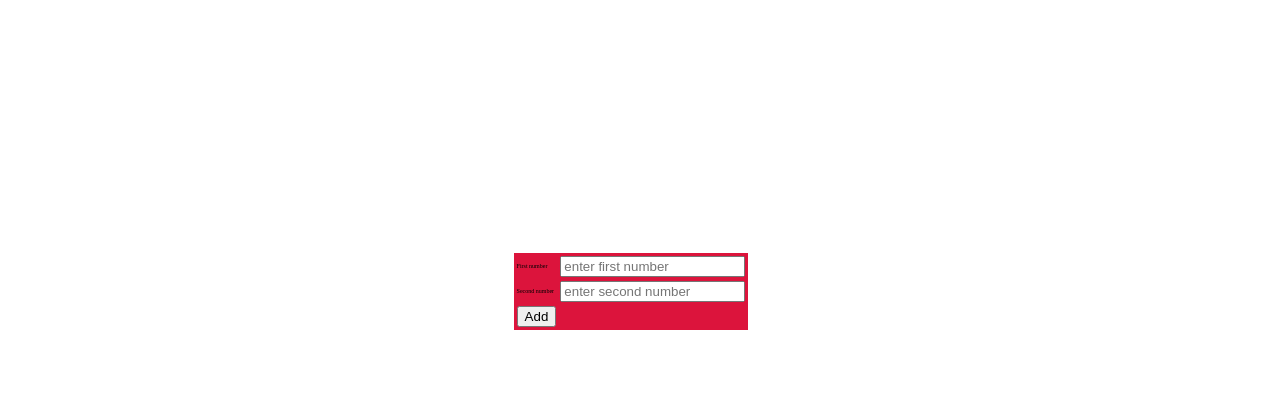
Repository: vima107/JDBC-CRUD-OPERATIONS
Page: addition/src/main/webapp/index.html
The author's editor kept a copy of each file at every save. The page is drawn from the files as they stood at one save, then again after the next save.
The browser window is 1280 px wide. The pictures show the whole page.

Above is the page before, as saved 2024-10-09 10:46:01.

After the next save:
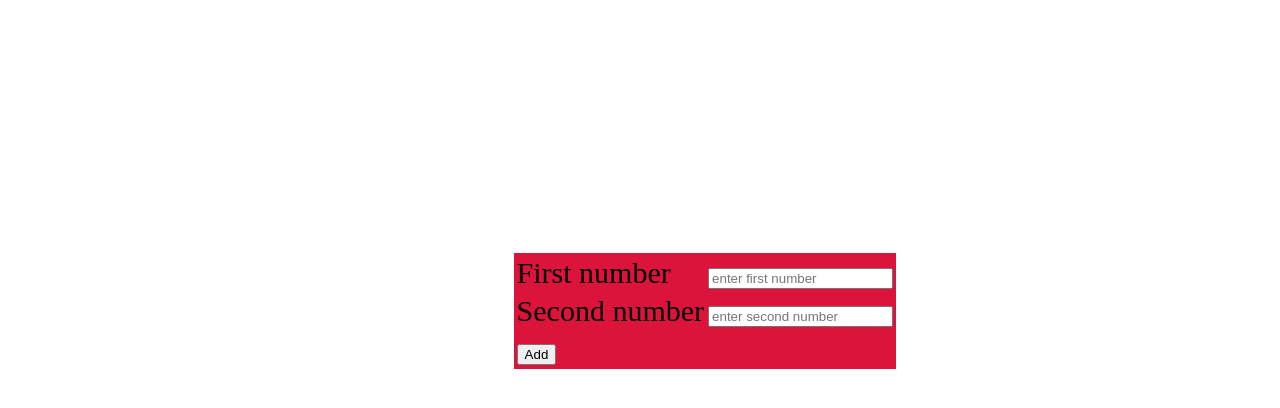
Saved 7 s later.
--- a/addition/src/main/webapp/index.html
+++ b/addition/src/main/webapp/index.html
@@ -6,7 +6,7 @@
 </head>
 <body>
 
-	<table style="margin-left:40%;margin-top:20%;background-color:crimson; font-size:10%">
+	<table style="margin-left:40%;margin-top:20%;background-color:crimson; font-size:30px">
 	<form action="/addition/Add">
 		<tr>
 			<td>First number</td>
